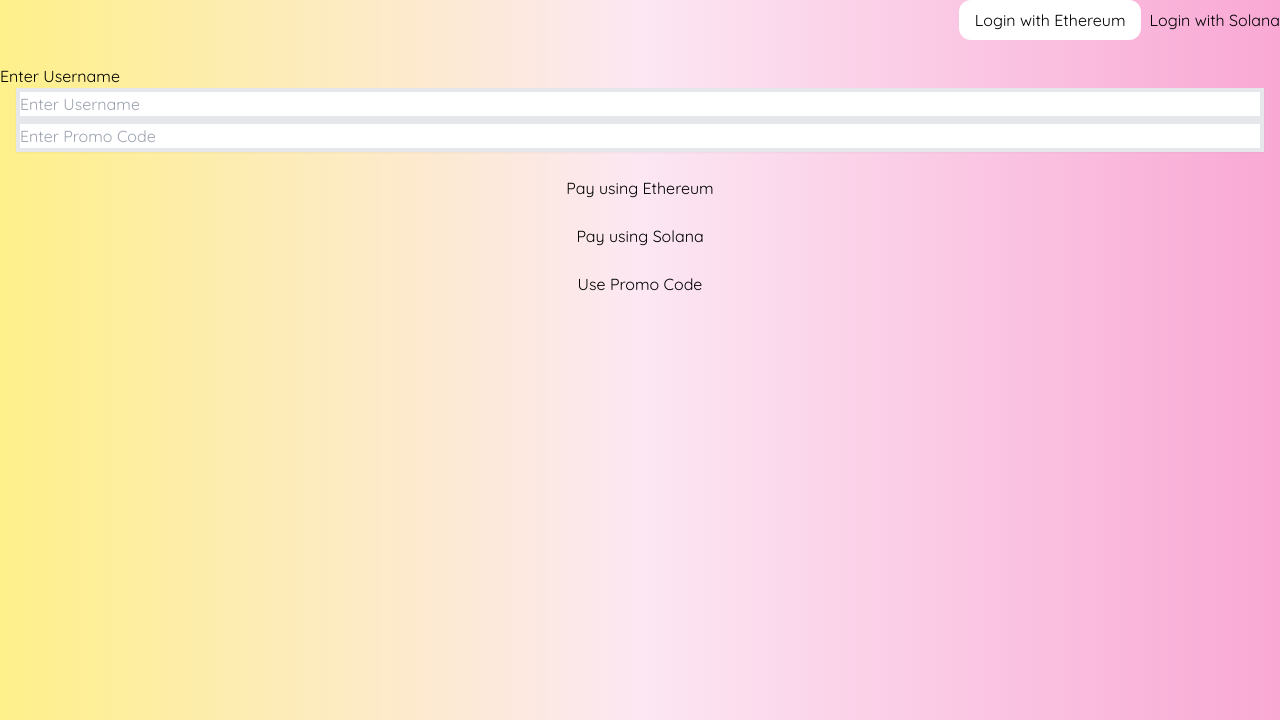
Repository: 22shivam/Polychain
Page: / (app in frontend/)
These files come from the project's save history. The page is drawn as it stood at one moment and after the next save; the edit follows.
The browser window is 1280 px wide. The pictures show the whole page.
The page's requests for data from a server got no answer. The project was rebuilt for these pictures with package versions that can differ from the ones it lists, and the page was loaded fresh each time. The framework's server and built-in components were replaced by stand-ins that run in the browser. No one was signed in, and anything a server would have sent is missing. Also part of the build but not shown: frontend/next.config.js.

Above is the page before, as saved 2022-01-01 11:40:57.

After the next save:
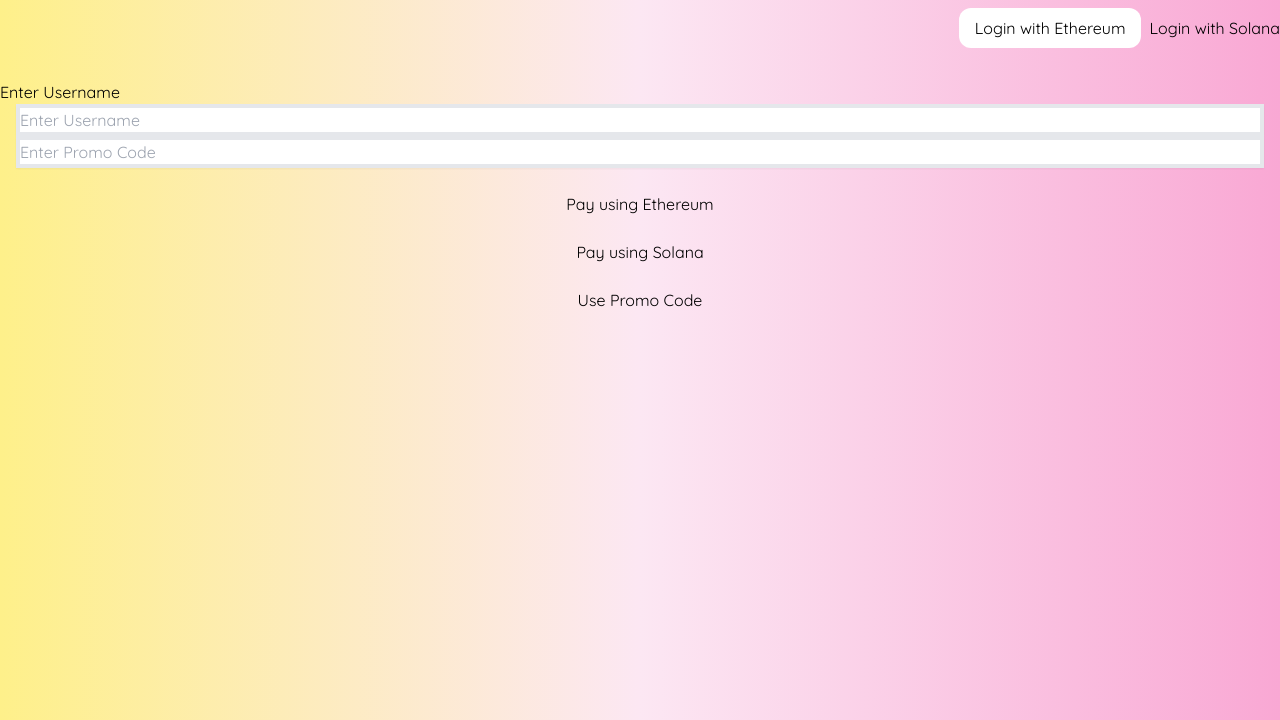
Saved 5 s later.
--- a/frontend/pages/index.js
+++ b/frontend/pages/index.js
@@ -225,7 +225,7 @@ export default function App() {
                         </div>
                         : (
                             <div>
-                                <button className="px-4 py-2 hover:shadow-md bg-white rounded-xl mx-2" onClick={ethLogin}>Login with Ethereum</button>
+                                <button className="px-4 py-2 hover:shadow-md bg-white rounded-xl m-2" onClick={ethLogin}>Login with Ethereum</button>
                                 <button onClick={solLogin}>Login with Solana</button>
                             </div>
                         )}
